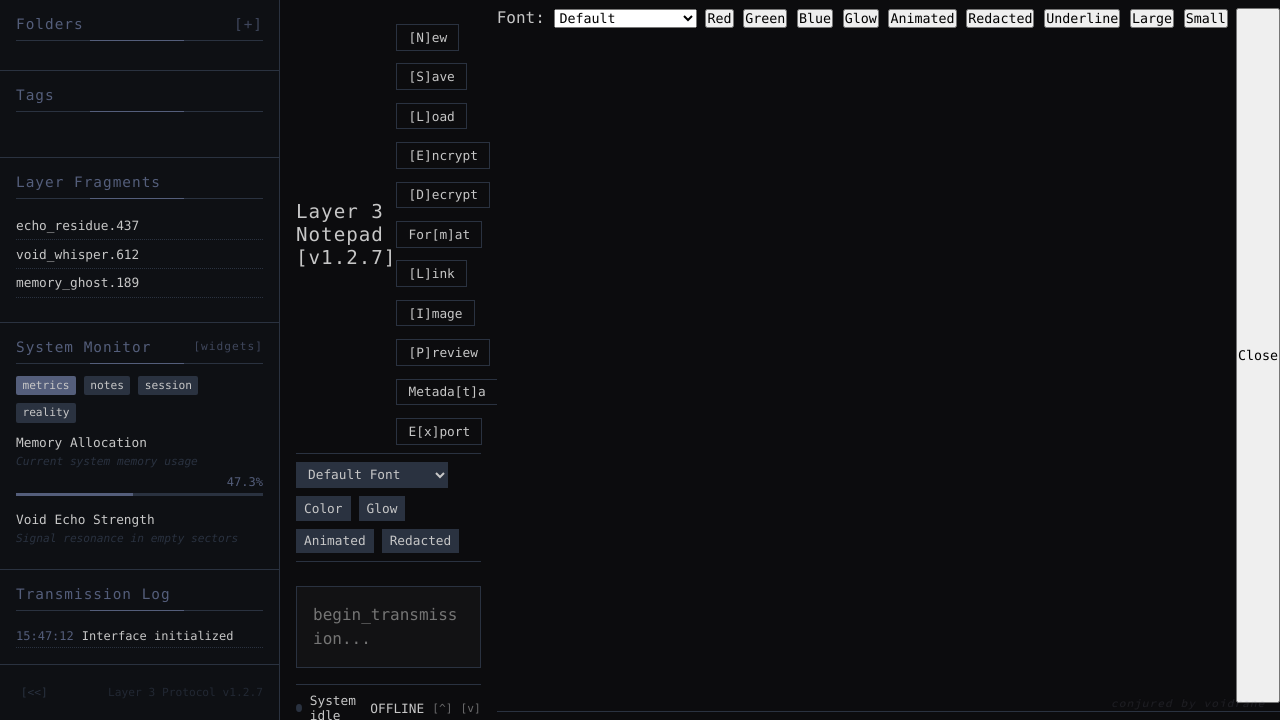
Repository: numbpill3d/layer_3_notes
Page: index.html
These files come from the project's save history. The page is drawn as it stood at one moment and after the next save; the edit follows.
The browser window is 1280 px wide. The pictures show the whole page.
Some web fonts or font styles are not loaded; a fallback is used.

Above is the page before, as saved 2025-05-18 10:37:17.
Console error: TypeError: Cannot read properties of null (reading 'addEventListener')

After the next save:
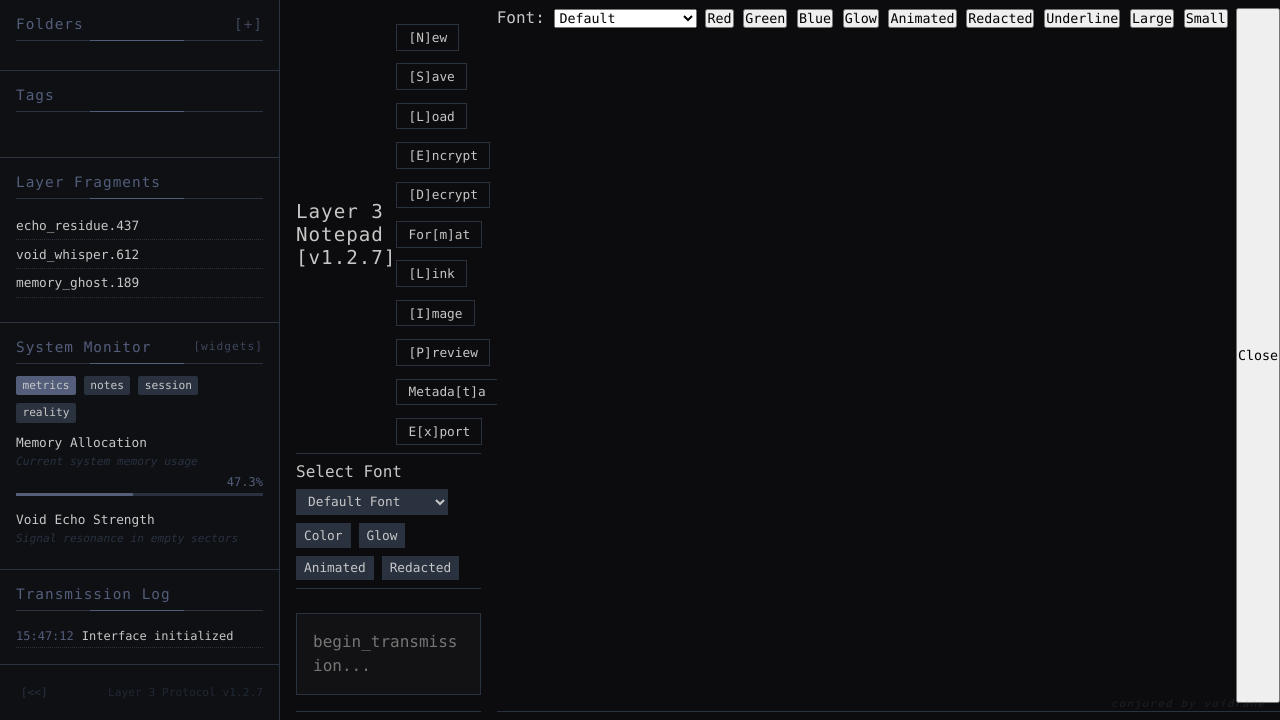
Saved 12 s later.
--- a/index.html
+++ b/index.html
@@ -252,7 +252,8 @@
         </div>
 
         <div class="format-toolbar" id="formatToolbar">
-            <select id="fontSelect" class="format-dropdown">
+            <label for="fontSelect" class="sr-only">Select Font</label>
+            <select id="fontSelect" class="format-dropdown" aria-label="Select Font">
                 <option value="default">Default Font</option>
                 <option value="inconsolata">Inconsolata</option>
                 <option value="times">Times New Roman</option>
